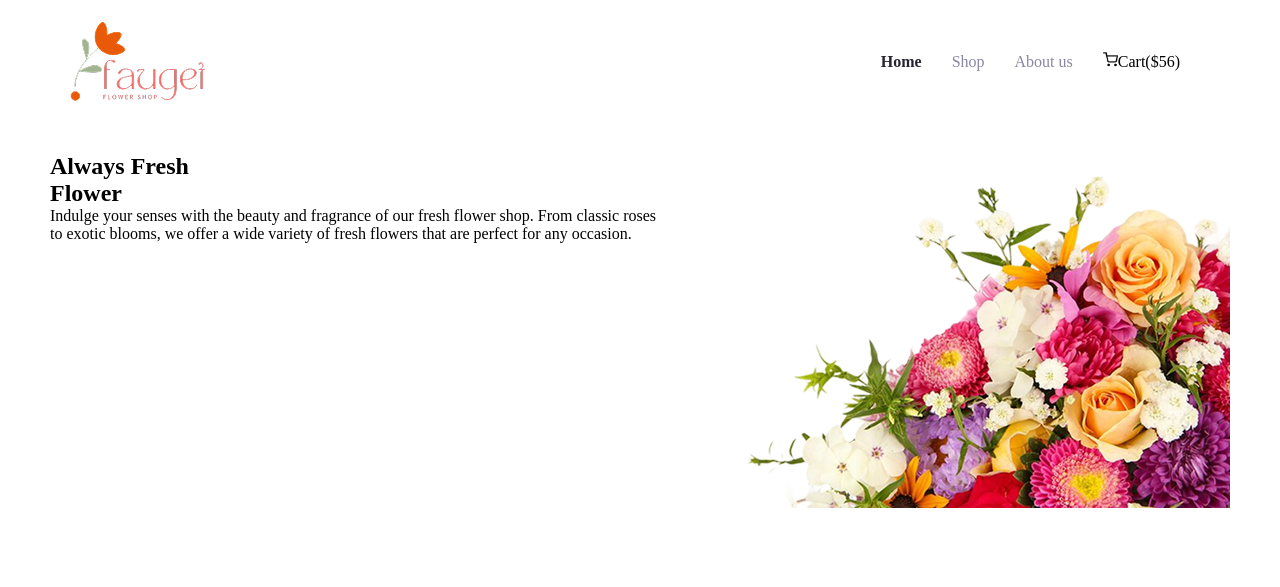
Repository: dollyrakhe22/Flowers-main-website
Page: index.html
These files come from the project's save history. The page is drawn as it stood at one moment and after the next save; the edit follows.
The browser window is 1280 px wide. The pictures show the whole page.
Some web libraries are served in a nearby version.

Above is the page before, as saved 2025-07-23 23:50:02.

### index.html
<!DOCTYPE html>
<html lang="en">
<head>
    <meta charset="UTF-8">
    <meta name="viewport" content="width=device-width, initial-scale=1.0">
    <title>Flowers Site</title>
    <link rel="stylesheet" href="style.css">
    <link rel="stylesheet" href="https://cdnjs.cloudflare.com/ajax/libs/font-awesome/7.0.0/css/all.min.css" integrity="sha512-DxV+EoADOkOygM4IR9yXP8Sb2qwgidEmeqAEmDKIOfPRQZOWbXCzLC6vjbZyy0vPisbH2SyW27+ddLVCN+OMzQ==" crossorigin="anonymous" referrerpolicy="no-referrer" />
</head>
<body>
    <header>
           <nav class="nav-bar display-flex">
                <img src="assets/logo.png" alt="" srcset="">


              <ul class="list-link display-flex">
                <li class="list-item text-black ">Home</li>
                <li class="list-item text-gray">Shop</li>
                <li class="list-item text-gray">About us</li>
                <li class="list-item"><img src="assets/shopping-cart (1).jpg" alt="" srcset=""width="15px" height="15px">Cart($56)</li>
             </ul>
           </nav>
 <!--Fresh Flowers-->
 <section class="flower-section display-flex">
  <div class="fresh-flower">
   <h1 class="flower-title">Always Fresh<br> Flower</h1>
   <p class="flower-decription">Indulge your senses with the beauty and fragrance of our fresh flower shop. From classic roses to exotic blooms,
     we offer a wide variety of fresh flowers that are perfect for any occasion. </p>
  </div>
  <div class="flower-img">
    <img src="assets/hero-flower.png" alt="" srcset="">
  </div>



 </section>











    </header>
    <main>

    </main>
    <footer>

    </footer>
</body>
</html>

### style.css
*{
    box-sizing: border-box;
    margin: 0;
    padding: 0;
}
/*shared style*/
.display-flex{
    display: flex;
}
/*black*/
.text-black{
    color:#252432;
    font-weight: bold;
}
/*dark 02*/
.text-gray{
    color: #8987A1;
}
/*navbar start*/
.nav-bar{
   justify-content: space-between;
   margin: 20px auto;
   max-width: 1140px;




}
.list-link{
    justify-items: center;
    justify-content: center;
    align-items: center;



}
nav ul li{
    list-style: none;
    margin-right: 30px;
}

/*Fresh Flower*/
.flower-section{
    max-width: 100%;
   margin: 50px;
}

After the next save:
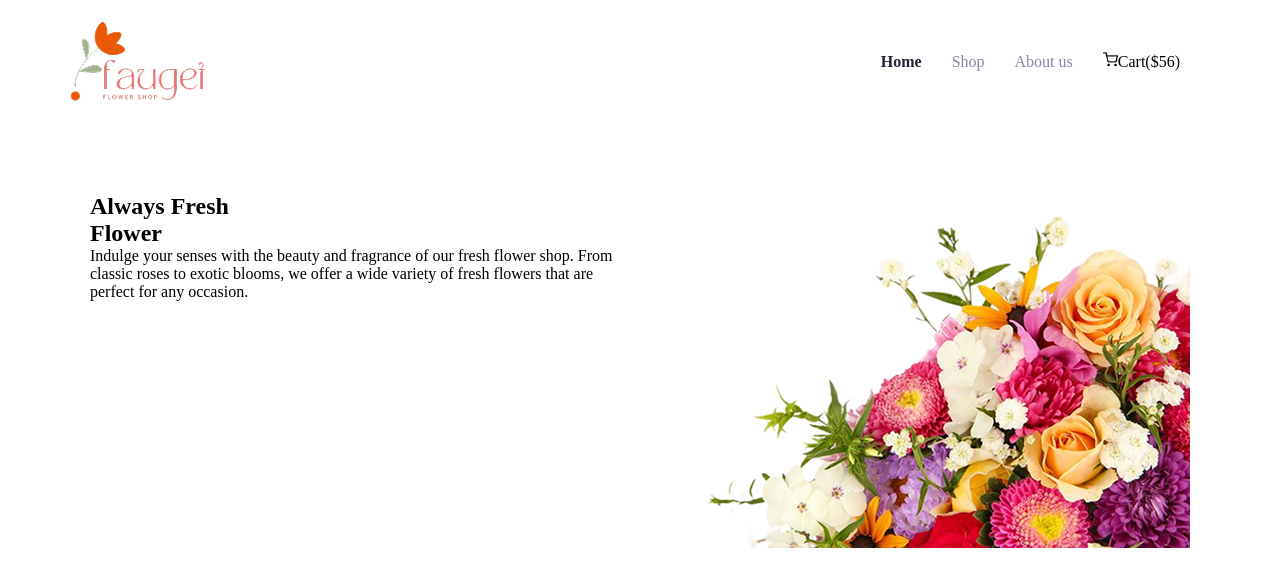
Saved 16 s later.
--- a/style.css
+++ b/style.css
@@ -42,5 +42,5 @@ nav ul li{
 /*Fresh Flower*/
 .flower-section{
     max-width: 100%;
-   margin: 50px;
+   margin: 90px;
 }
